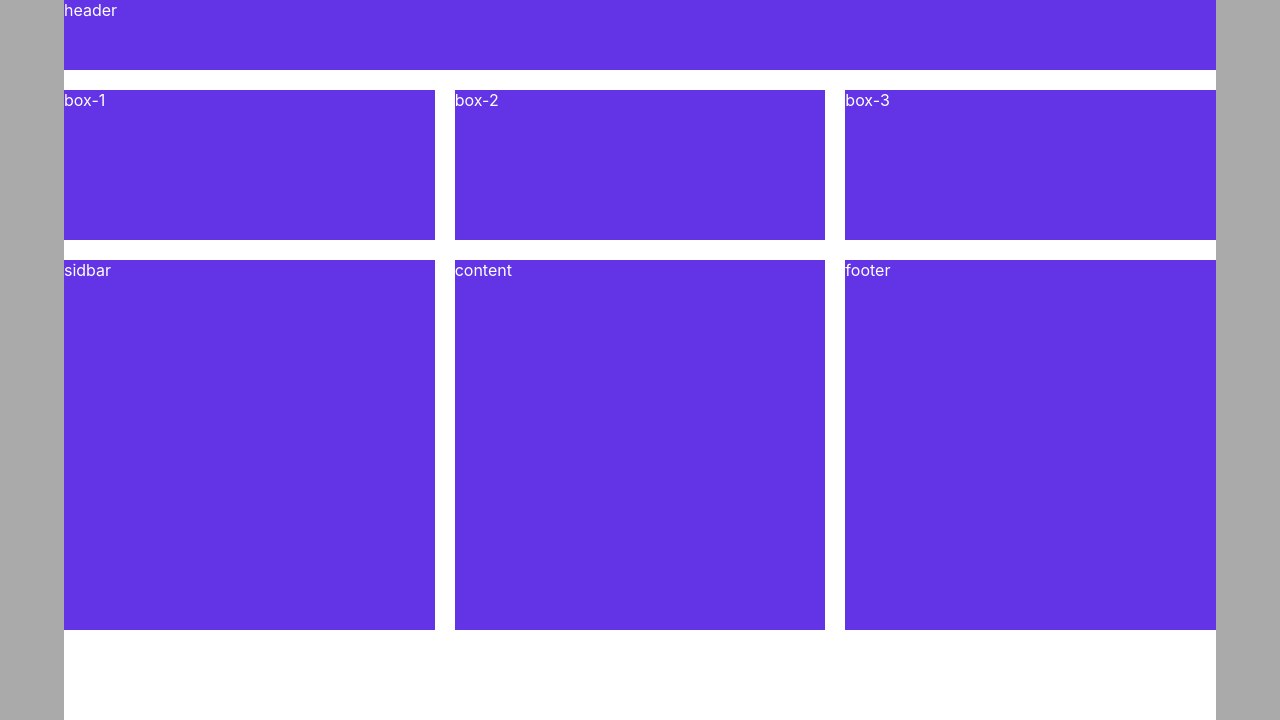
Repository: SD-Mdouka/project_step
Page: /
The author's editor kept a copy of each file at every save. The page is drawn from the files as they stood at one save, then again after the next save.
The browser window is 1280 px wide. The pictures show the whole page.
The project was rebuilt for these pictures with package versions that can differ from the ones it lists, and the page was loaded fresh each time.

Above is the page before, as saved 2022-09-07 12:52:21.

### src/index.js
import React from "react";
import ReactDOM from "react-dom/client";
import "./index.css";
import App from "./Grid";
// import { AppBar, Toolbar, Typography } from "@material-ui/core";

const root = ReactDOM.createRoot(document.getElementById("root"));
root.render(
  <React.StrictMode>
    {/* <AppBar>
      <Toolbar>
        <Typography varient="h6">React app</Typography>
      </Toolbar>
    </AppBar> */}
    <App />
  </React.StrictMode>
);

### src/index.css
body {
    background-color: #aaa;
    margin: 0;
    font-family: -apple-system, BlinkMacSystemFont, "Segoe UI", "Roboto", "Oxygen", "Ubuntu", "Cantarell", "Fira Sans", "Droid Sans", "Helvetica Neue", sans-serif;
    -webkit-font-smoothing: antialiased;
    -moz-osx-font-smoothing: grayscale;
}

code {
    font-family: source-code-pro, Menlo, Monaco, Consolas, "Courier New", monospace;
}

.App-Project {
    margin-top: 50px;
    margin-inline: 40% !important;
}

.cirecle {
    width: 29px;
    height: 29px;
    line-height: 25px;
    background-color: blue;
    color: white;
    border-radius: 50%;
    -webkit-border-radius: 50%;
    -moz-border-radius: 50%;
    -ms-border-radius: 50%;
    -o-border-radius: 50%;
    border: 2px solid transparent;
    text-align: center;
    cursor: pointer;
    background-clip: padding-box;
    -webkit-background-clip: padding-box;
}

.stepsWrapp {
    display: flex;
    margin-bottom: 20px;
    text-align: center;
}

.stepeBlock {
    flex-grow: 1;
}

.stepeBlock .circleWrapper {
    padding: 0px 20px;
    position: relative;
}

.selected .cirecle {
    color: black;
    background-color: white;
    border: 1px solid blue;
}

.stepeBlock:not(:last-child)>.circleWrapper::after {
    content: "";
    width: 100%;
    height: 2px;
    position: absolute;
    top: 0px;
    bottom: 0px;
    background-color: blue;
    margin: auto;
    z-index: -1;
}

.stepeBlock:not(:last-child)>.circleWrapper::after {
    height: 3px;
    opacity: 1;
}

.stepeBlock:not(:last-child).selected>.circleWrapper::after,
.stepeBlock:not(:last-child).selected~.stepeBlock:not(:last-child)>.circleWrapper::after {
    height: 2px;
    opacity: 0.3;
}

.pages {
    margin: 0 40%;
}

.primaryBtn {
    padding: 10px 25px !important;
    background-color: blue !important;
    border: none !important;
    margin: 10px !important;
    color: white !important;
    border-radius: 4px !important;
    -webkit-border-radius: 4px !important;
    -moz-border-radius: 4px !important;
    -ms-border-radius: 4px !important;
    -o-border-radius: 4px !important;
    cursor: pointer !important;
}

### src/Grid.js
import React from "react";
import "./style-grid.css";

const Grid = () => {
  return (
    <div>
      <div className="container">
        <div className="header">header</div>
        <div className="box-1">box-1</div>
        <div className="box-2">box-2</div>
        <div className="box-3">box-3</div>
        <div className="sidbar">sidbar</div>
        <div className="content">content</div>
        <div className="footer">footer</div>
      </div>
    </div>
  );
};
export default Grid;

### src/style-grid.css
.container {
    background-color: #fff;
    min-height: 100vh;
    width: 90%;
    margin: 0 auto;
    display: grid;
    grid-template-columns: repeat(3, 1fr);
    grid-template-rows: 70px 150px 1fr 70px;
    grid-gap: 20px;
}

.container>* {
    color: #fff;
    background-color: rgb(99, 51, 230);
}

.header {
    grid-row: 1/2;
    grid-column: 1/-1;
}

.sidebar {
    grid-row: 2/-1;
    grid-column: -2/-1;
}

Loaded but not shown: public/index.html (common file)

After the next save:
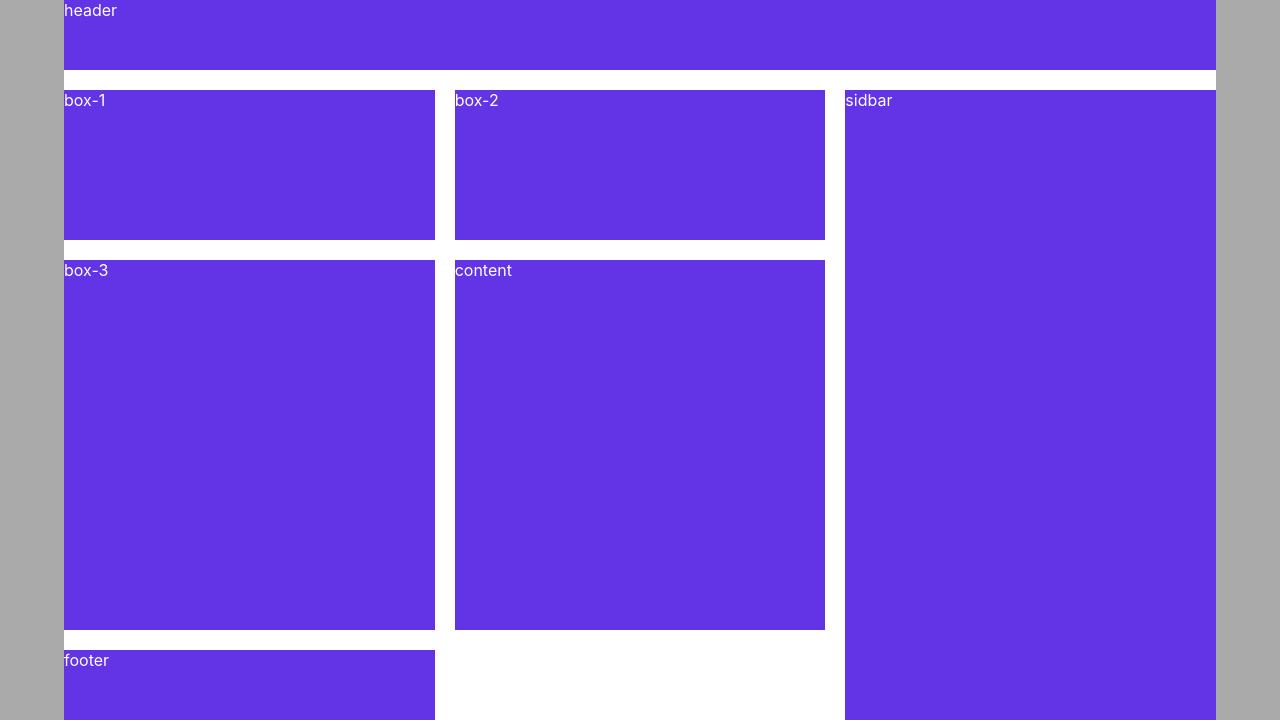
Saved 11 s later.
--- a/src/Grid.js
+++ b/src/Grid.js
@@ -9,7 +9,7 @@ const Grid = () => {
         <div className="box-1">box-1</div>
         <div className="box-2">box-2</div>
         <div className="box-3">box-3</div>
-        <div className="sidbar">sidbar</div>
+        <div className="sidebar">sidbar</div>
         <div className="content">content</div>
         <div className="footer">footer</div>
       </div>
